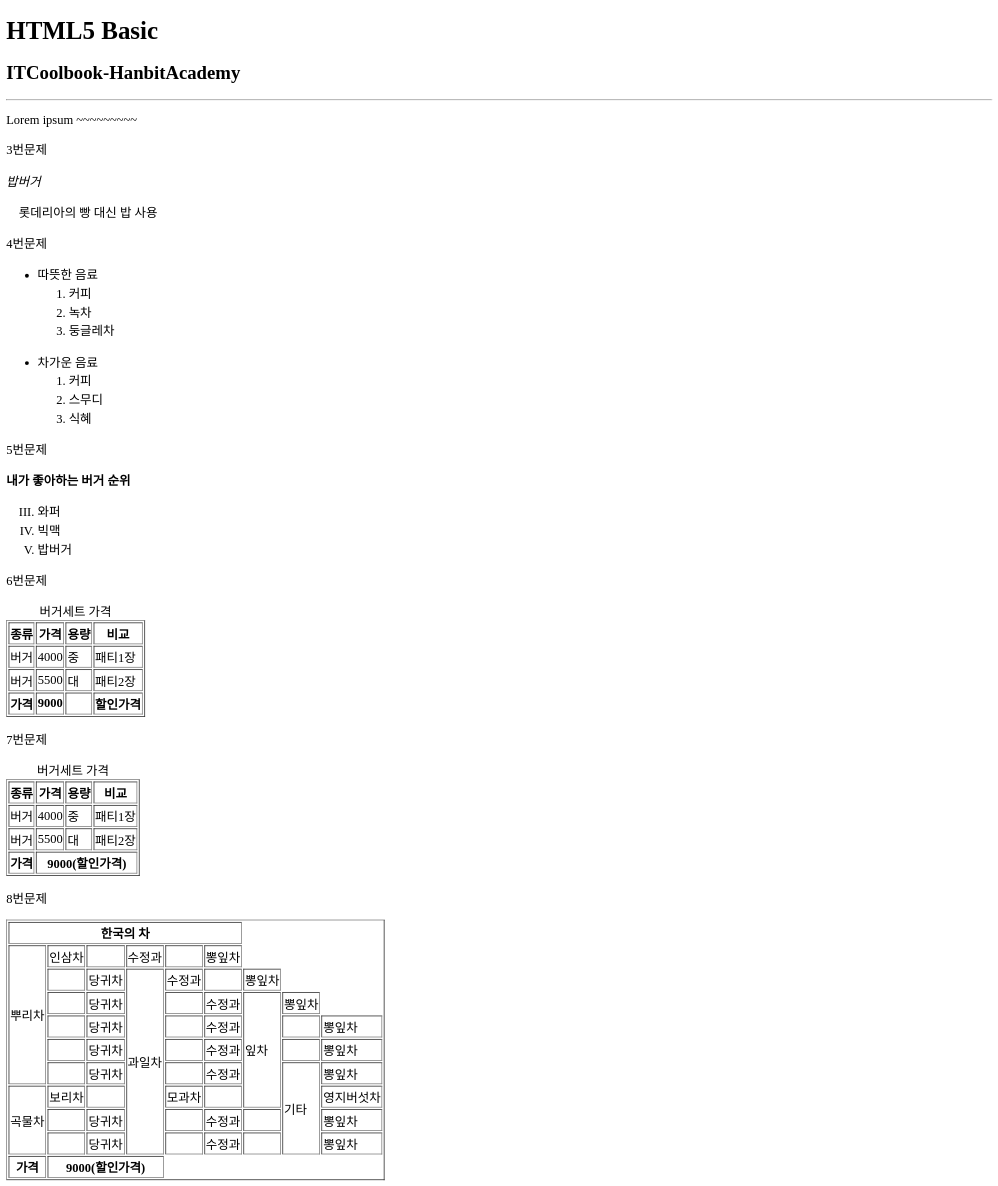
Repository: Johyerim06/Class_internetProgramming
Page: class01/dd/연습문제.html
These files come from the project's save history. The page is drawn as it stood at one moment and after the next save; the edit follows.
The browser window is 1280 px wide. The pictures show the whole page, at 78% of full size.

Above is the page before, as saved 2025-03-13 12:48:03.

After the next save:
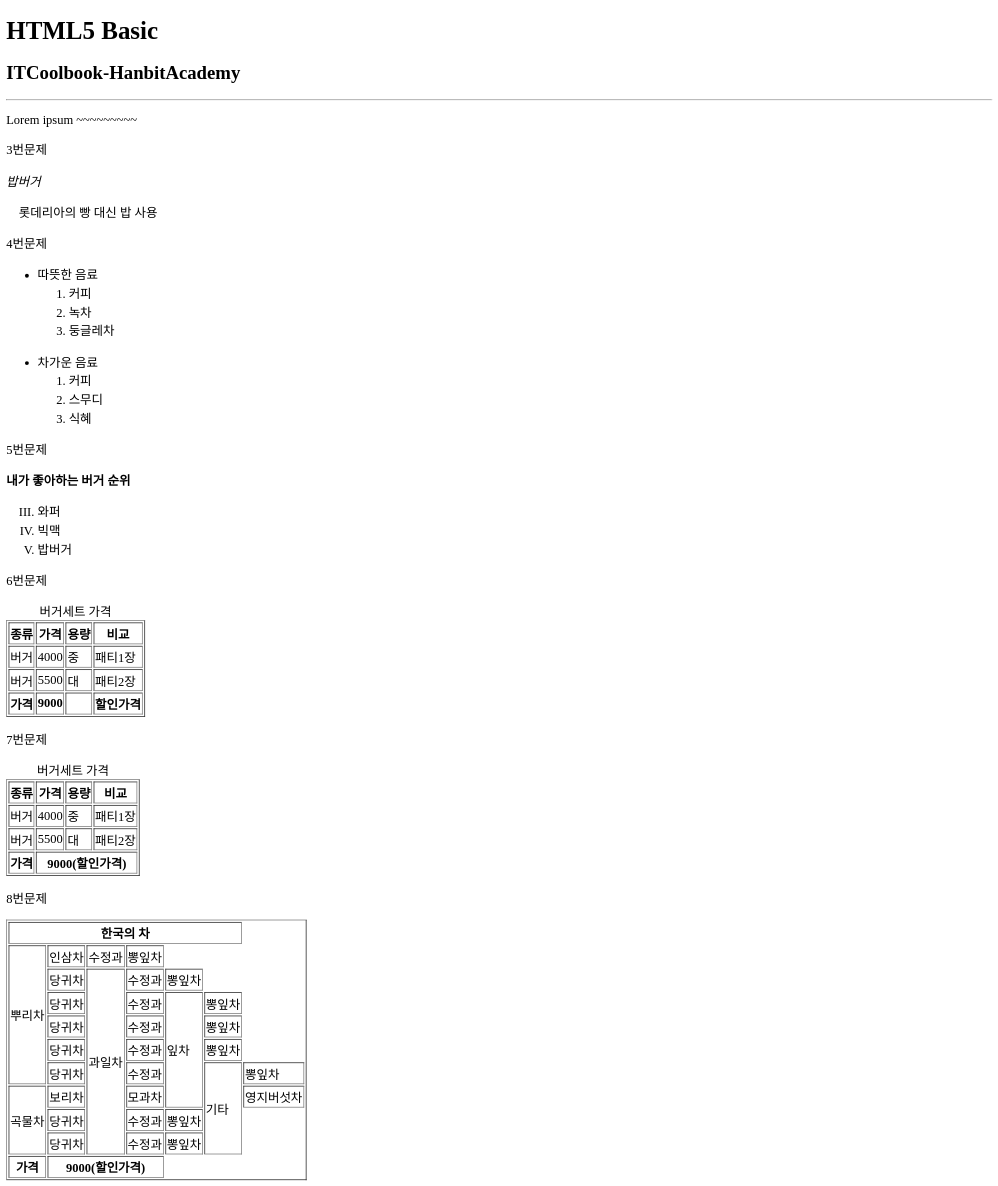
Saved 97 s later.
--- a/class01/dd/연습문제.html
+++ b/class01/dd/연습문제.html
@@ -131,48 +131,34 @@
 		<tr>
 			<td rowspan = "6">뿌리차</td>
 			<td>인삼차</td>
-			<td></td>
 			<td>수정과</td>
-			<td></td>
 			<td>뽕잎차</td>
 		</tr>
 		<!-- 1행 -->
 		<tr>
-			<td></td>
 			<td>당귀차</td>
 			<td rowspan = "9">과일차</td>
 			<td>수정과</td>
-			<td></td>
 			<td>뽕잎차</td>
 		</tr>
 		<tr>
-			<td></td>
 			<td>당귀차</td>
-			<td></td>
 			<td>수정과</td>
 			<td rowspan = "5">잎차</td>
 			<td>뽕잎차</td>
 		</tr>
 		<tr>
-			<td></td>
 			<td>당귀차</td>
-			<td></td>
 			<td>수정과</td>
-			<td></td>
 			<td>뽕잎차</td>
 		</tr>
 		<tr>
-			<td></td>
 			<td>당귀차</td>
-			<td></td>
 			<td>수정과</td>
-			<td></td>
 			<td>뽕잎차</td>
 		</tr>
 		<tr>
-			<td></td>
 			<td>당귀차</td>
-			<td></td>
 			<td>수정과</td>
 			<td rowspan = "4">기타</td>
 			<td>뽕잎차</td>
@@ -180,25 +166,17 @@
 		<tr>
 			<td rowspan = "3">곡물차</td>
 			<td>보리차</td>
-			<td></td>
 			<td>모과차</td>
-			<td></td>
 			<td>영지버섯차</td>
 		</tr>
 		<tr>
-			<td></td>
 			<td>당귀차</td>
-			<td></td>
 			<td>수정과</td>
-			<td></td>
 			<td>뽕잎차</td>
 		</tr>
 		<tr>
-			<td></td>
 			<td>당귀차</td>
-			<td></td>
 			<td>수정과</td>
-			<td></td>
 			<td>뽕잎차</td>
 		</tr>
 
